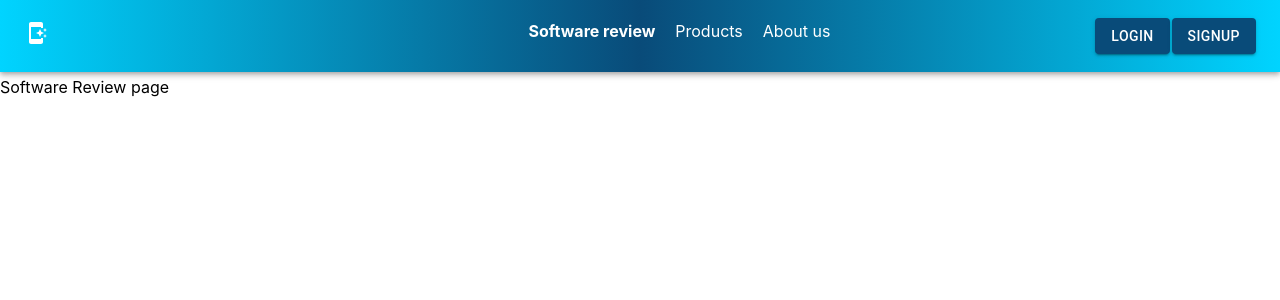
Repository: Alaa-M1/phoenix-products-reactjs-mui
Page: /
An editor plug-in stored every save of this project. The page is shown before and after the next save, followed by the edit.
The browser window is 1280 px wide. The pictures show the whole page.
The project was rebuilt for these pictures with package versions that can differ from the ones it lists, and the page was loaded fresh each time. Also part of the build but not shown: src/App.css, src/pages/Products/index.tsx, src/pages/AboutUs/index.tsx.

Above is the page before, as saved 2023-04-18 21:00:08.

### src/App.tsx
import React from "react";
import "./App.css";
import { Routes, Route } from "react-router-dom";
import SoftwareReview from "pages/SoftwareReview";
import Products from "pages/Products";
import AboutUs from "pages/AboutUs";
import AppLayout from "pages/AppLayout";
import { linksDetails } from "shared";

function App() {
  return (
    <Routes>
      <Route path="/" element={<AppLayout links={linksDetails} />}>
        <Route index element={<SoftwareReview />}></Route>
        <Route path="/products" element={<Products />}></Route>
        <Route path="/about-us" element={<AboutUs />}></Route>
      </Route>
    </Routes>
  );
}

export default App;

### src/pages/SoftwareReview/index.tsx
const SoftwareReview = () => {
  return <div>Software Review page</div>;
};

export default SoftwareReview;

### src/pages/AppLayout/index.tsx
import React from "react";
import {
  AppBar,
  Toolbar,
  Grid,
  Typography,
  Button,
  Box,
  useTheme,
  useMediaQuery,
} from "@mui/material";
import AppShortcutIcon from "@mui/icons-material/AppShortcut";
import { Outlet, useLocation } from "react-router-dom";
import { StyledLink, StyledNav, linksDetails } from "shared";
import { AppLayoutProps } from "./types";
import CustomDrawer from "./components/CustomDrawer";

const AppLayout = ({ links }: AppLayoutProps) => {
  const { pathname } = useLocation();
  const theme = useTheme();
  const isSmallScreen = useMediaQuery(theme.breakpoints.down("md"));
  return (
    <>
      <AppBar
        sx={{
          position: "relative",
          backgroundImage:
            "linear-gradient(90deg,rgba(0, 212, 255, 1) 0%,rgba(9, 75, 121, 1) 50%,rgba(0, 212, 255, 1) 100%)",
          marginBottom: "5px",
        }}
      >
        <Toolbar>
          <Grid container style={{ placeItems: "center" }}>
            {isSmallScreen ? (
              <Grid item xs={12}>
              <Typography>
                <AppShortcutIcon />
              </Typography>
            </Grid>
            ) : (
              <>
                <Grid item xs={2}>
                  <Typography>
                    <AppShortcutIcon />
                  </Typography>
                </Grid>
                <Grid item xs={6}>
                  <StyledNav>
                    <ul>
                      {links.map((link, index) => (
                        <li key={index}>
                          <StyledLink
                            to={link.path}
                            isActive={pathname === link.path}
                          >
                            {link.label}
                          </StyledLink>
                        </li>
                      ))}
                    </ul>
                  </StyledNav>
                </Grid>
                <Grid item xs={1} />
                <Grid item xs={3}>
                  <Box sx={{ display: "flex" }}>
                    <Button
                      sx={{
                        marginLeft: "auto",
                        backgroundColor: "rgba(9,75,121,1)",
                      }}
                      variant="contained"
                    >
                      Login
                    </Button>
                    <Button
                      sx={{
                        marginLeft: "2px",
                        backgroundColor: "rgba(9,75,121,1)",
                      }}
                      variant="contained"
                    >
                      Signup
                    </Button>
                  </Box>
                </Grid>
              </>
            )}
          </Grid>
          <CustomDrawer links={linksDetails} isSmallScreen={isSmallScreen} />
        </Toolbar>
      </AppBar>
      <main>
        <Outlet />
      </main>
    </>
  );
};

export default AppLayout;

### src/shared/index.ts
export * from './StyledLink';
export * from './linksDetails';
export * from './StyledNav';
export * from './StyledList';

### src/pages/AppLayout/components/CustomDrawer.tsx
import { CustomDrawerProps } from "../types";
import Drawer from "@mui/material/Drawer";
import {
  List,
  ListItemIcon,
  ListItemText,
  IconButton,
  Box,
  Typography,
  ListItemButton,
} from "@mui/material";
import { useState } from "react";
import MenuOutlinedIcon from "@mui/icons-material/MenuOutlined";
import { Link, useLocation } from "react-router-dom";
import { StyledLink, StyledList } from "shared";
import AppShortcutIcon from "@mui/icons-material/AppShortcut";

const CustomDrawer = ({ links, isSmallScreen }: CustomDrawerProps) => {
  const [open, setOpen] = useState(false);
  const { pathname } = useLocation();
  return (
    <>
      {isSmallScreen ? (
        <>
          <IconButton
            aria-label="Open menu drawer"
            onClick={() => setOpen(true)}
          >
            <MenuOutlinedIcon></MenuOutlinedIcon>
          </IconButton>

          <Drawer sx={{position:""}} open={open} anchor="left" onClose={() => setOpen(false)} PaperProps={{sx:{backgroundColor:
            "rgba(9,75,121,1)",}}}>
              <Box sx={{display:'flex', flexDirection:'column', alignItems:'center', width: '200px'}}>
              <Typography sx={{marginTop:'5px', color:'#fff'}}>
                <AppShortcutIcon />
              </Typography>

            <StyledList>
              <ul>
                {links.map((link, index) => (
                  <li key={index}>
                    <StyledLink
                      to={link.path}
                      isActive={pathname === link.path}
                    >
                      {link.label}
                    </StyledLink>
                  </li>
                ))}
              </ul>
            </StyledList>
            </Box>
          </Drawer>
        </>
      ) : null}
    </>
  );
};

export default CustomDrawer;

### src/shared/StyledLink.tsx
import { Link, LinkProps } from "react-router-dom";
import styled from "styled-components";

type LinkComponentProps = LinkProps &
  React.RefAttributes<HTMLAnchorElement> & {
    isActive: boolean;
  };
const LinkComponent = (props: LinkComponentProps) => {
  return <Link {...props}></Link>;
};
const StyledLink = styled(LinkComponent)`
  font-weight: ${(p) => (p.isActive ? "bold" : "normal")};
  text-decoration: none;
  a {
    text-decoration: none;
  }
`;

export { StyledLink };

### src/shared/linksDetails.ts
import { LinkInfo } from "types";

export const linksDetails: Array<LinkInfo> = [
    { label: "Software review", path: "/" },
    { label: "Products", path: "/products" },
    { label: "About us", path: "/about-us" },
  ];

### src/shared/StyledNav.tsx
import styled from "styled-components";

const StyledNav = styled.nav`
padding: 5px;
display: flex;
margin-bottom: 10px;
ul {
  display: inline-block;
  width: auto;
  margin-left: auto;
}
li {
  margin-left: auto;
  display: inline-block;
  margin: 0px 10px;
  list-style: none;
}
a{
  color:#fff;
}
`;

export {StyledNav}

### src/shared/StyledList.tsx
import { List } from "@mui/material";
import styled from "styled-components";

const StyledList = styled(List)`
padding: 5px;
margin-bottom: 10px;
display: flex;
ul {
  padding: 0px;
}
li {
  margin: 10px;
  list-style: none;
}
a{
  color:#fff;
}
`;

export {StyledList}

Loaded but not shown: public/index.html (common file); src/index.tsx (common file); src/index.css (common file); src/reportWebVitals.ts (common file)

After the next save:
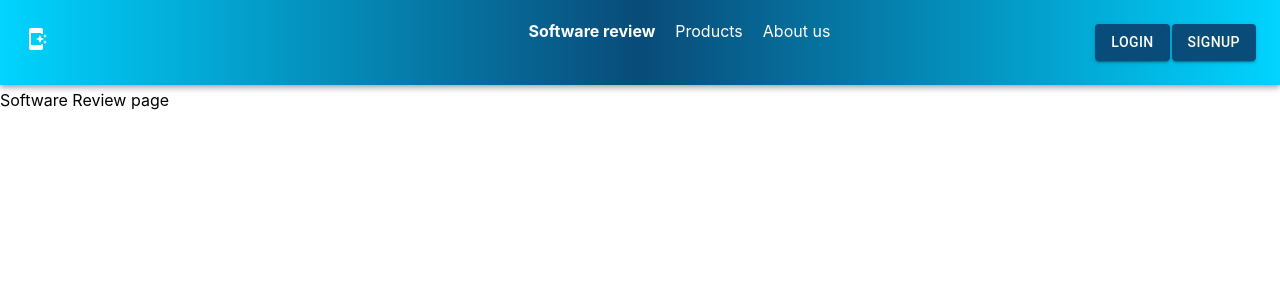
Saved 2 min 25 s later.
--- a/src/shared/StyledNav.tsx
+++ b/src/shared/StyledNav.tsx
@@ -4,6 +4,7 @@ const StyledNav = styled.nav`
 padding: 5px;
 display: flex;
 margin-bottom: 10px;
+height: 65px;
 ul {
   display: inline-block;
   width: auto;
